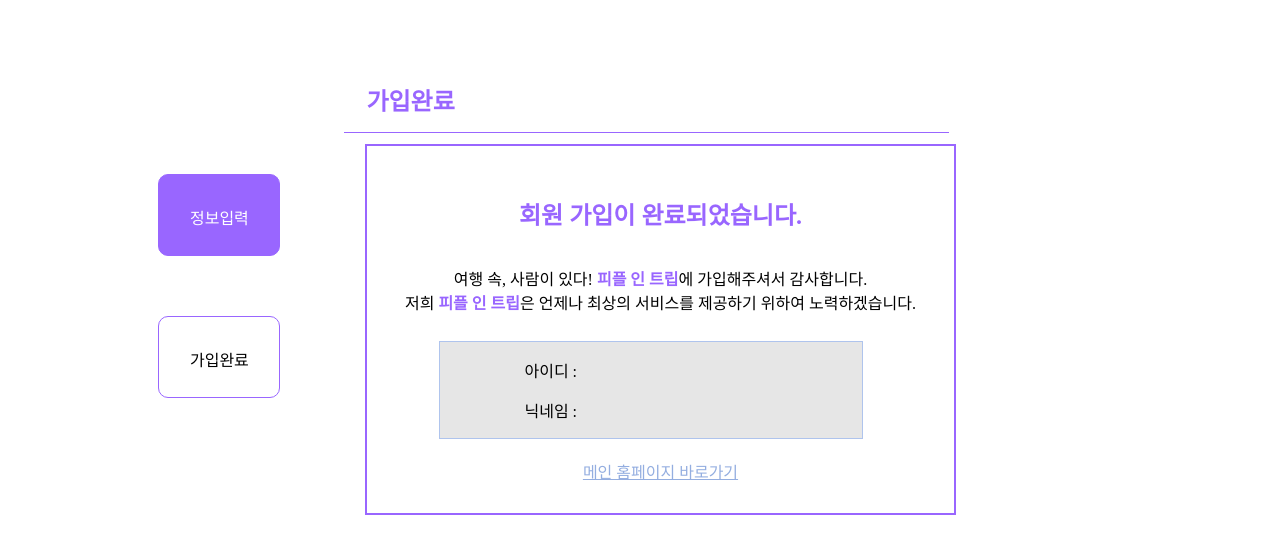
Repository: kimjinmin4535/ezen_loginteam
Page: http://localhost/Ezen_Project/signup/signupcomplete.jsp
These files come from the project's save history. The page is drawn as it stood at one moment and after the next save; the edit follows.
The browser window is 1280 px wide. The pictures show the whole page.
The page is served by Tomcat 9. Other server files are loaded and not shown.

Above is the page before, as saved 2022-07-05 16:06:50.

### Ezen_Project/src/main/webapp/signup/signupcomplete.jsp
<%@ page language="java" contentType="text/html; charset=UTF-8"
    pageEncoding="UTF-8"%>
<!DOCTYPE html>
<html>
<head>
<meta charset="UTF-8">
<title>회원가입 완료</title>
<link rel="stylesheet" href="../resources/css/signup/signup.css" />
</head>
<body>
	<div class="side_content">
		<p id="side_content1">정보입력</p>
		<p id="side_content2">가입완료</p>
	</div>
	<h3>가입완료</h3>
	<div class="signupcomplete_msg">
		<h2>회원 가입이 완료되었습니다.</h2>
		<p>여행 속, 사람이 있다! <strong>피플 인 트립</strong>에 가입해주셔서 감사합니다.<br>
		저희 <strong>피플 인 트립</strong>은 언제나 최상의 서비스를 제공하기 위하여 노력하겠습니다.</p>
		<div class="signupcomplete_information">
			<p>아이디 : </p>
			<p>닉네임 : </p>
		</div>
		<div class="main_home">
			<a href="#">메인 홈페이지 바로가기</a>
		</div>
	</div>
</body>
</html>

### Ezen_Project/src/main/webapp/resources/css/signup/signup.css
@charset "UTF-8";

body {
	display: flex;
	align-items: baseline;
	gap: 32px;
	padding: 48px 0;
}
.signupcomplete_msg {
	flex: 3.5;
	padding: 30px;
	text-align: center;
	border: 2px solid #9966ff;
	margin-right: 25%;
	margin-top: 7%;
}

.side_content {
	flex: 1;
	padding: 24px;
	margin-left: 10%;
}


@media (max-width: 40rem) {
.side_content {
    display: none;
  }
}

.signupcomplete_information {
	border: 1px solid #afc4ed;
	width:80%;
	background-color: #E6E6E6;
	margin-left: 8%;
	margin-top: 5%;
}
.signupcomplete_information > p {
	text-align: left;
	margin-left: 20%;
}

h3 {
	text-align: center;
	position: absolute;
	margin-left: 28%;
	margin-top: 2%;
	color: #9966ff;
	font-size: 24px;
}

h3:after {
  	content: "";
 	display: block;
  	width: 650%;
  	border-bottom: 1px solid #9966ff;
  	margin: 10% 0px;
  	padding: 0px 0px 0px 30px;
	margin: 15px -23px 0px -22px;
}


.signupcomplete_msg > h2 {
	color: #9966ff;
}

.signupcomplete_msg > p > strong {
	color: #9966ff;
}

.signupcomplete_msg > p {
	padding-top: 15px;
}

.main_home > a {
	color: #94aee0;
}

.main_home {
	margin-top: 20px;

}

.side_content > #side_content1 {
	border: 1px solid #9966ff;
	background-color: #9966ff;
	color: white;
	height: 50px;
	width: 120px;
	text-align: center;
	border-radius: 10px;
	padding-top: 30px;
	margin-top: 30px;
}
.side_content > #side_content2 {
	border: 1px solid #9966ff;
	color: black;
	height: 50px;
	width: 120px;
	text-align: center;
	border-radius: 10px;
	padding-top: 30px;
	margin-top: 60px;
}
/* .side_content {
	text-align: left;
	width: 100px;
	position: absolute;
	height:0px;
	padding-left: 330px;
	padding-top: 250px;
	flex: 1;
} */
/*

After the next save:
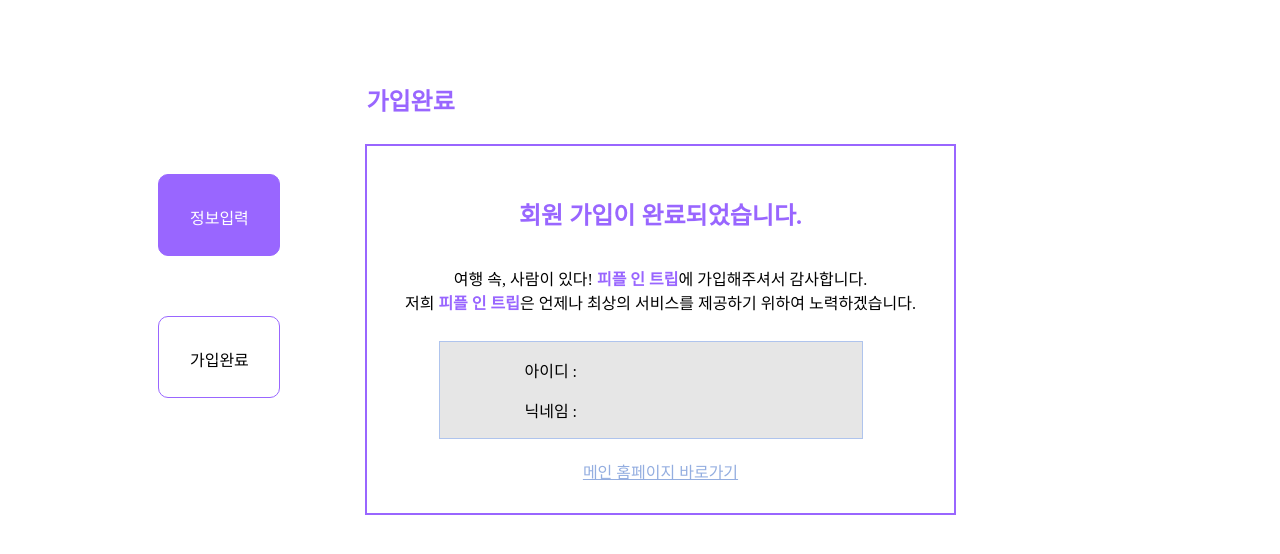
Saved 86 s later.
--- a/Ezen_Project/src/main/webapp/resources/css/signup/signup.css
+++ b/Ezen_Project/src/main/webapp/resources/css/signup/signup.css
@@ -51,12 +51,12 @@
 
 h3:after {
   	content: "";
- 	display: block;
-  	width: 650%;
-  	border-bottom: 1px solid #9966ff;
-  	margin: 10% 0px;
-  	padding: 0px 0px 0px 30px;
-	margin: 15px -23px 0px -22px;
+	flex-grow: 1;
+	background: black;
+	height: 2px;
+	font-size: 0px;
+	line-height: 0px;
+	margin: 0px 6px;
 }
 
 

After the 3 saves that followed:
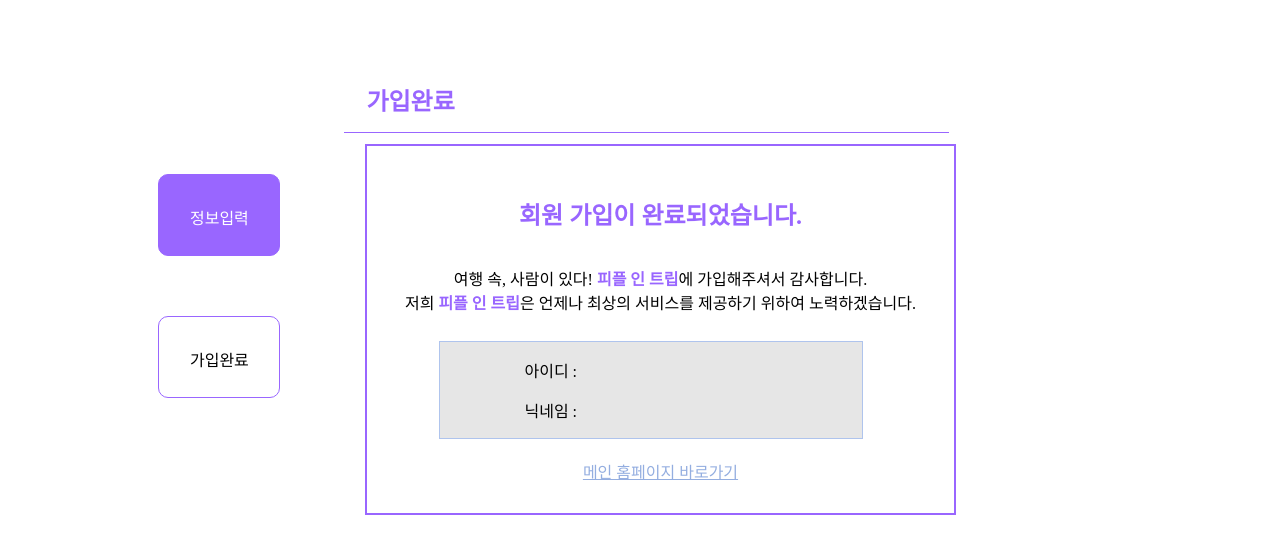
The 3 saves are shown as one change because 2 left the picture as it was.
The last was saved 65 s later.
--- a/Ezen_Project/src/main/webapp/resources/css/signup/signup.css
+++ b/Ezen_Project/src/main/webapp/resources/css/signup/signup.css
@@ -51,12 +51,12 @@
 
 h3:after {
   	content: "";
-	flex-grow: 1;
-	background: black;
-	height: 2px;
-	font-size: 0px;
-	line-height: 0px;
-	margin: 0px 6px;
+ 	display: block;
+  	width: 650%;
+  	border-bottom: 1px solid #9966ff;
+  	margin: 10% 0px;
+  	padding: 0px 0px 0px 30px;
+	margin: 15px -23px 0px -22px;
 }
 
 
